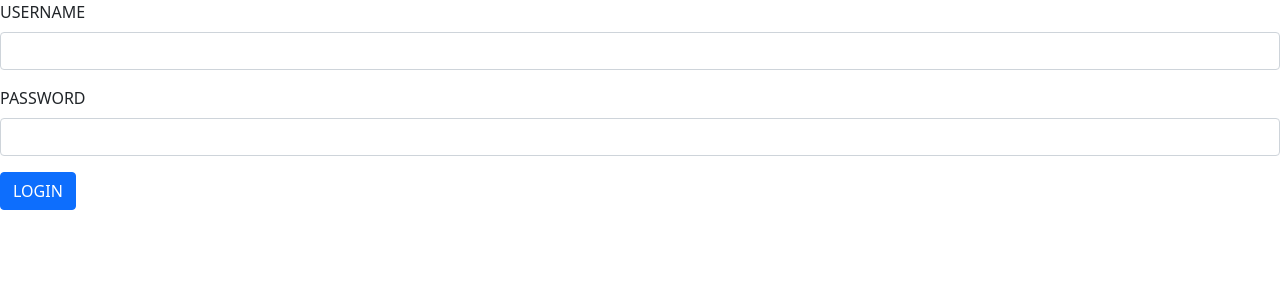
Repository: dilaraozdem1r/BooksApp
Page: /admin
These files come from the project's save history. The page is drawn as it stood at one moment and after the next save; the edit follows.
The browser window is 1280 px wide. The pictures show the whole page.
The page's requests for data from a server got no answer. The project was rebuilt for these pictures with package versions that can differ from the ones it lists, and the page was loaded fresh each time. No one was signed in, and anything a server would have sent is missing. Also part of the build but not shown: src/Components/BookList.js, src/Components/SearchBar.js.

Above is the page before, as saved 2021-08-20 14:22:07.

### public/index.html
<!DOCTYPE html>
<html lang="en">
  <head>
    <meta charset="utf-8" />
    <link rel="icon" href="%PUBLIC_URL%/favicon.ico" />
    <meta name="viewport" content="width=device-width, initial-scale=1" />
    <meta name="theme-color" content="#000000" />
    <meta
      name="description"
      content="Web site created using create-react-app"
    />
    <link rel="apple-touch-icon" href="%PUBLIC_URL%/logo192.png" />
    <!--
      manifest.json provides metadata used when your web app is installed on a
      user's mobile device or desktop. See https://developers.google.com/web/fundamentals/web-app-manifest/
    -->
    <link rel="manifest" href="%PUBLIC_URL%/manifest.json" />
    <!--
      Notice the use of %PUBLIC_URL% in the tags above.
      It will be replaced with the URL of the `public` folder during the build.
      Only files inside the `public` folder can be referenced from the HTML.

      Unlike "/favicon.ico" or "favicon.ico", "%PUBLIC_URL%/favicon.ico" will
      work correctly both with client-side routing and a non-root public URL.
      Learn how to configure a non-root public URL by running `npm run build`.
    -->
    <link href="https://cdn.jsdelivr.net/npm/bootstrap@5.0.2/dist/css/bootstrap.min.css" rel="stylesheet" integrity="sha384-EVSTQN3/azprG1Anm3QDgpJLIm9Nao0Yz1ztcQTwFspd3yD65VohhpuuCOmLASjC" crossorigin="anonymous">
    <title>Books App</title>
  </head>
  <body>
    <noscript>You need to enable JavaScript to run this app.</noscript>
    <div id="root"></div>
    <!--
      This HTML file is a template.
      If you open it directly in the browser, you will see an empty page.

      You can add webfonts, meta tags, or analytics to this file.
      The build step will place the bundled scripts into the <body> tag.

      To begin the development, run `npm start` or `yarn start`.
      To create a production bundle, use `npm run build` or `yarn build`.
    -->
    <script src="https://cdn.jsdelivr.net/npm/bootstrap@5.0.2/dist/js/bootstrap.bundle.min.js" integrity="sha384-MrcW6ZMFYlzcLA8Nl+NtUVF0sA7MsXsP1UyJoMp4YLEuNSfAP+JcXn/tWtIaxVXM" crossorigin="anonymous"></script>
  </body>
</html>

### src/index.js
import React from 'react'
import ReactDOM from 'react-dom'
import App from './Components/App'

ReactDOM.render(
    <App />,
    document.getElementById('root')

);

### src/Components/App.js
import React from 'react'
import { BrowserRouter as Router, Switch, Route, Link } from "react-router-dom";
import Books from './BookList';
import axios from 'axios'
import SearchBar from './SearchBar'
import Admin from './Admin'

class App extends React.Component {
  state = {
    books: [],
    searchQuery:""
  }

  async componentDidMount() {
    this.getBooks();

  }
  async getBooks() {
    const response = await axios.get(" http://localhost:3004/books");

    this.setState({ books: response.data })

  }
  searchMovie=(event)=>{
    this.setState({
      searchQuery:event.target.value
    })

  }

  render() {

    let filteredBooks=this.state.books.filter(
      (book)=>{
        return book.name.toLowerCase().indexOf(this.state.searchQuery.toLowerCase()) !== -1 }
    ).sort((a,b)=>{
      return a.id < b.id ? 1 : a.id > b.id ? -1 : 0 ;
    });



    return (
      <Router>
      <Switch>
      <Route path="/" exact render={() => (
            <React.Fragment>
      <div>
        <nav className="navbar navbar-light bg-light">
            <div className="container-fluid">
            <a class="navbar-brand">
          <img src="https://encrypted-tbn0.gstatic.com/images?q=tbn:ANd9GcRZ-o86obF-UTdLqsqqiUM6O82URx7R52fXlw&usqp=CAU" alt="" width="50" height="40" class="d-inline-block align-text-top"/>
          </a>

            <SearchBar search={this.searchMovie} />
            <div className="col ol-md-5">
                        <Link
                            to="/admin"
                            type="button"
                            className="btn btn-danger"
                            style={{ float: 'right' }}
                        >Admin Login</Link>
                    </div>

            </div>
          </nav>
      </div>
    <div>
              <Books books={filteredBooks} />
          </div>

    </React.Fragment> )}>
    </Route>

    <Route path="/admin" render={({ history }) => (
            <Admin  />
          )}>
          </Route>
    <div>
      <button class="navbar-toggler" type="button" data-bs-toggle="collapse" data-bs-target="#navbarSupportedContent" aria-controls="navbarSupportedContent" aria-expanded="false" aria-label="Toggle navigation">Admin Login</button>
    </div>












      </Switch>
      </Router>
        );
}
}
        export default App;

### src/Components/Admin.js
import React from 'react';
import { BrowserRouter as Router, Switch, Route, Link } from "react-router-dom";
class Admin extends React.Component {

    render() {
        return (

            <Router>
                <Switch>

                <form>
  <div class="mb-3">
    <label for="exampleInputEmail1" class="form-label">USERNAME</label>
    <input type="text" class="form-control" id="exampleInputEmail1" aria-describedby="emailHelp"/>

  </div>
  <div class="mb-3">
    <label for="exampleInputPassword1" class="form-label">PASSWORD</label>
    <input type="password" class="form-control" id="exampleInputPassword1"/>
  </div>

  <button type="submit" class="btn btn-primary">LOGIN</button>
</form>

                </Switch>
        </Router>


                        )
    }

}
export default Admin;

After the next save:
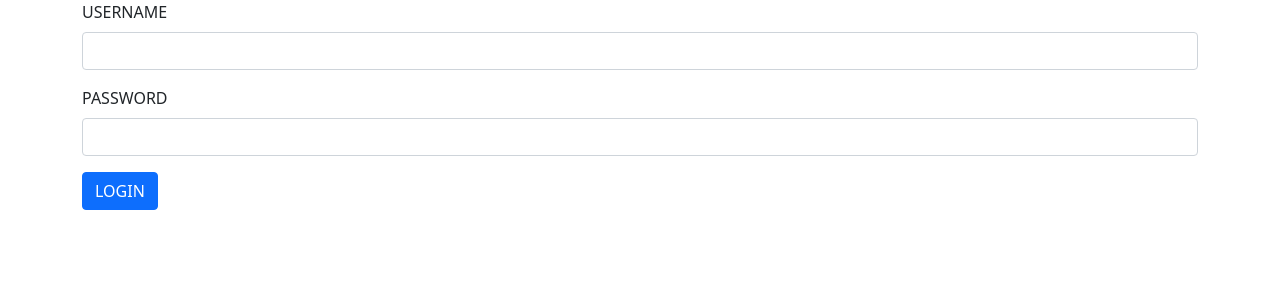
Saved 39 s later.
--- a/src/Components/Admin.js
+++ b/src/Components/Admin.js
@@ -7,7 +7,7 @@ class Admin extends React.Component {
 
             <Router>
                 <Switch>
-
+                <div className="container h-100">
                 <form>
   <div class="mb-3">
     <label for="exampleInputEmail1" class="form-label">USERNAME</label>
@@ -21,6 +21,7 @@ class Admin extends React.Component {
 
   <button type="submit" class="btn btn-primary">LOGIN</button>
 </form>
+</div>
 
                 </Switch>
         </Router>
